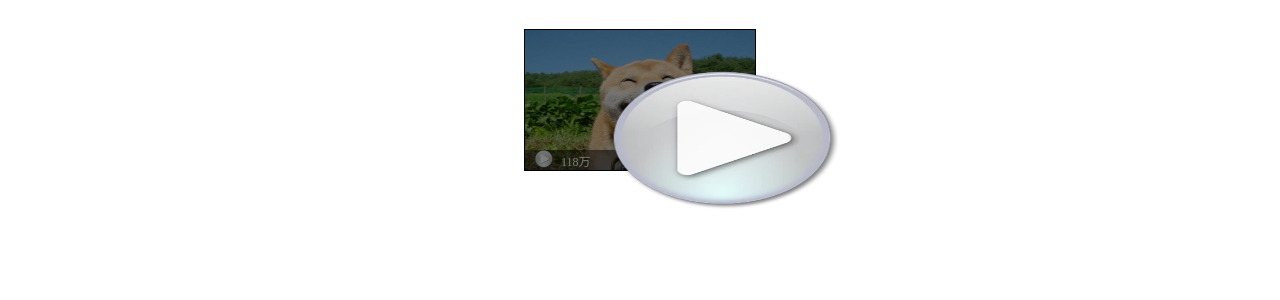
Repository: taoxiaofeng/hello-javascript
Page: master-class/position.html
These files come from the project's save history. The page is drawn as it stood at one moment and after the next save; the edit follows.
The browser window is 1280 px wide. The pictures show the whole page.

Above is the page before, as saved 2024-07-29 23:01:40.

After the next save:
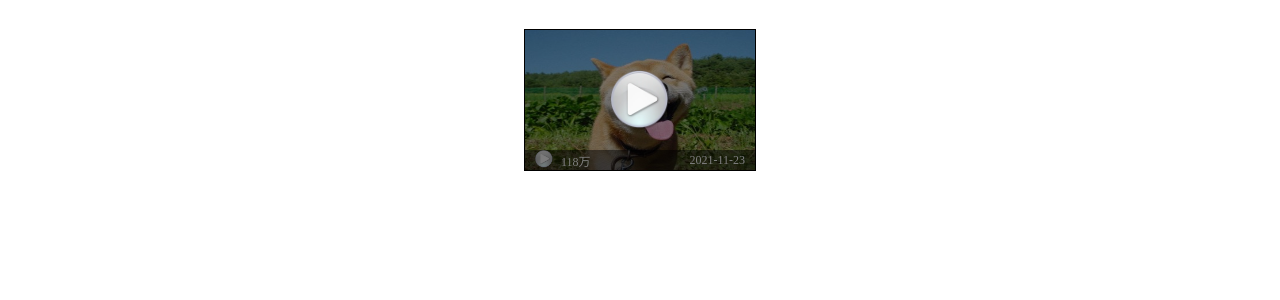
Saved 32 s later.
--- a/master-class/position.html
+++ b/master-class/position.html
@@ -120,7 +120,7 @@
       background: rgba(0, 0, 0, 0.5);
     }
 
-    .modal .play {
+    .modal .play img {
       width: 60px;
       height: 60px;
       position: absolute;
